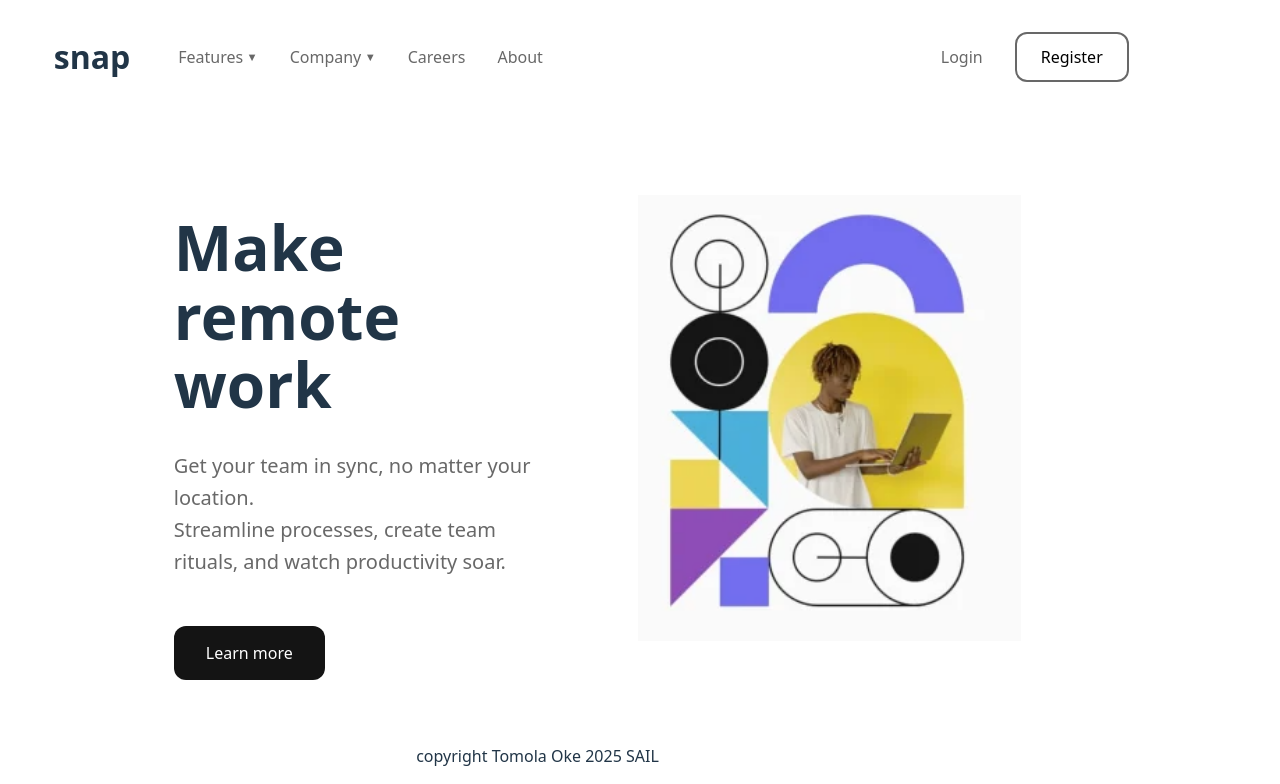
Repository: tomolaoke/SNAP
Page: /
The author's editor kept a copy of each file at every save. The page is drawn from the files as they stood at one save, then again after a run of saves.
The browser window is 1280 px wide. The pictures show the whole page.
The project was rebuilt for these pictures with package versions that can differ from the ones it lists, and the page was loaded fresh each time. Also part of the build but not shown: vite.config.js, src/components/footer/Footer.css.

Above is the page before, as saved 2025-06-21 22:01:48.

After the next 2 saves:
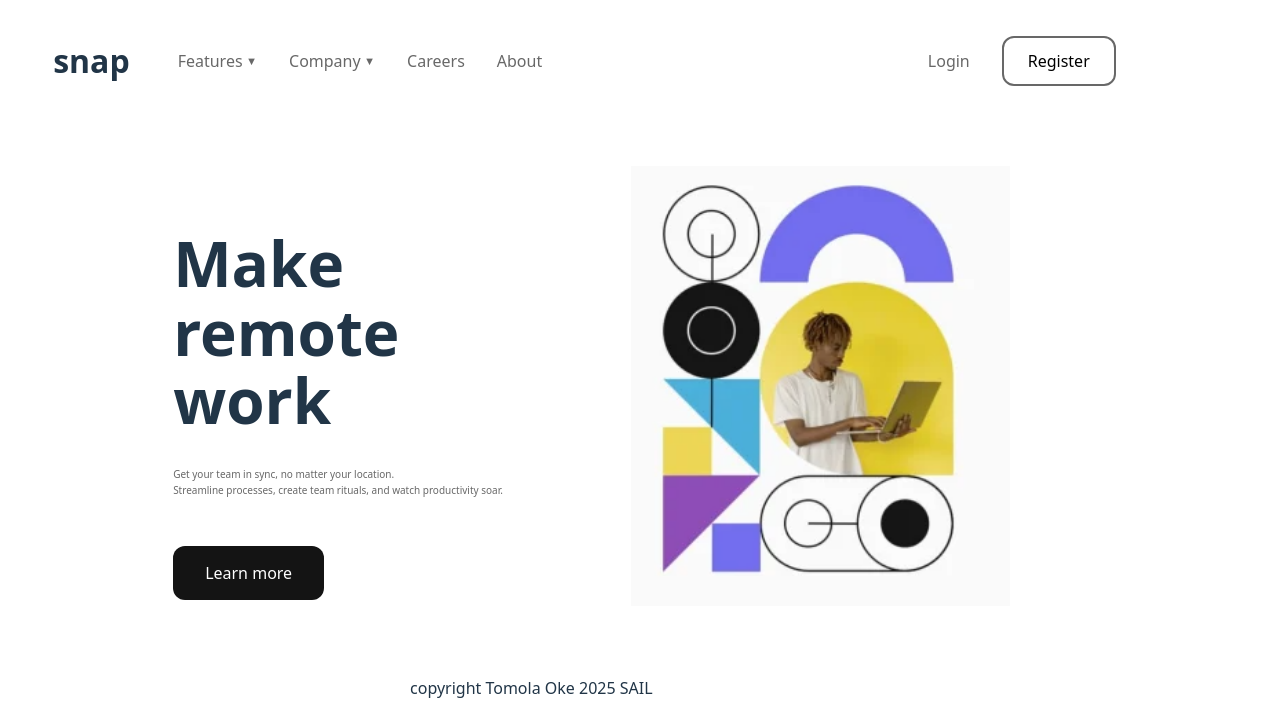
The 2 saves are shown as one change because they came seconds apart.
The last was saved 34 s later.
--- a/src/block/heroblock/HeroBlock.css
+++ b/src/block/heroblock/HeroBlock.css
@@ -17,7 +17,7 @@
 }
 
 .hero-text p {
-  font-size: 1.25rem;
+  font-size: 10px;
   line-height: 1.6;
   color: #686868;
   margin-bottom: 3rem;
